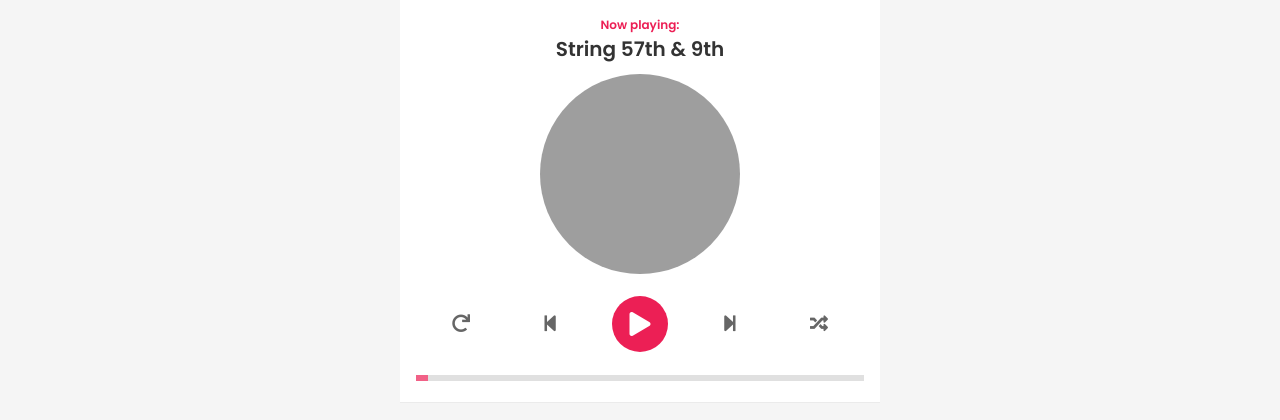
Repository: PhanPhuongNam2108/SiTrumChill
Page: index.html
The author's editor kept a copy of each file at every save. The page is drawn from the files as they stood at one save, then again after the next save.
The browser window is 1280 px wide. The pictures show the whole page.
Pictures or frames that could not be fetched are drawn as grey boxes.

Above is the page before, as saved 2025-11-27 11:56:24.
Console error: SyntaxError: Unexpected string

After the next save:
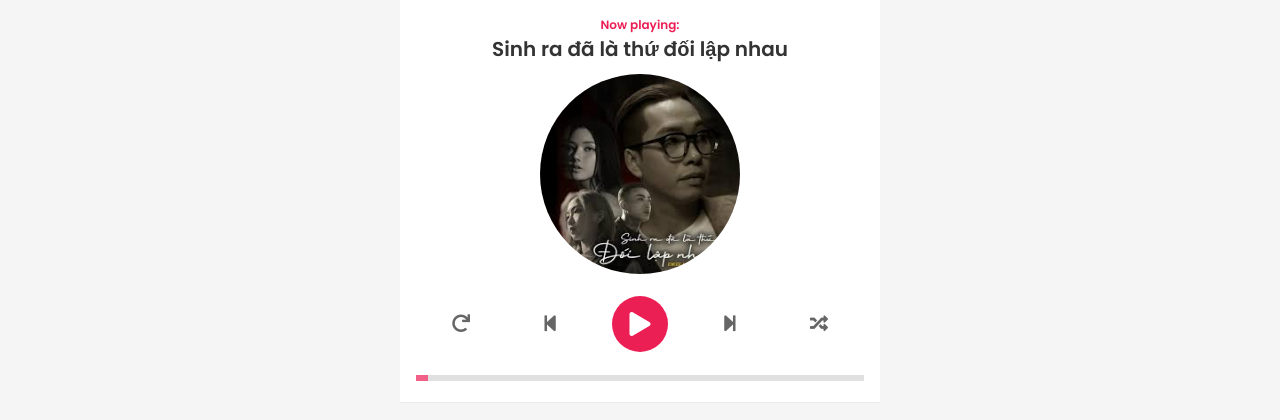
Console error: ReferenceError: playlist is not defined
Saved 4 s later.
--- a/index.html
+++ b/index.html
@@ -163,7 +163,7 @@
           </div>
         `
       })
-      playlist').innerHTML = htmls.join('')
+      playlist.innerHTML = htmls.join('')
     },
 
     defineProperties: function() {

After the 3 saves that followed:
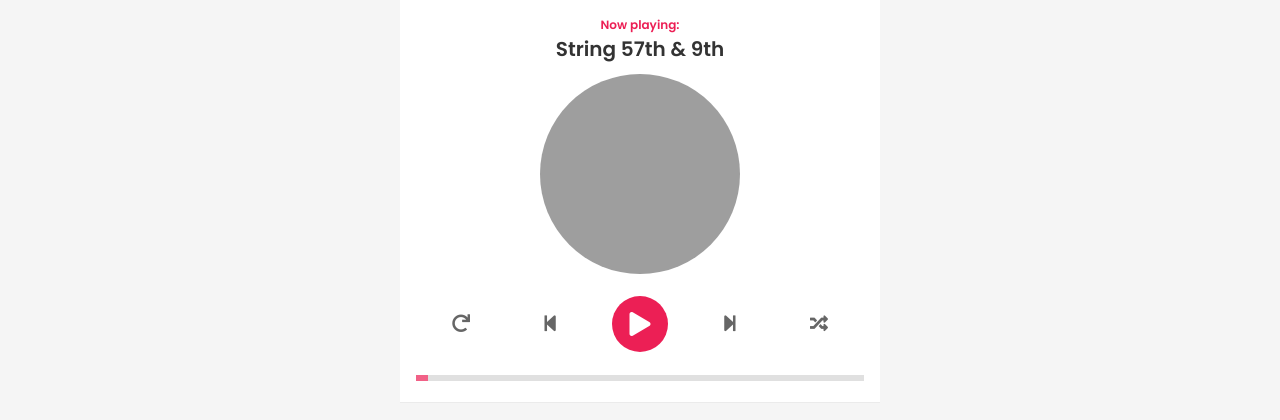
Console error: SyntaxError: Unexpected token 'const'
The 3 saves are shown as one change because 1 left the picture as it was and some came seconds apart.
The last was saved 43 s later.
--- a/index.html
+++ b/index.html
@@ -76,7 +76,8 @@
   const prevBtn = $('.btn-prev')
   const nextBtn = $('.btn-next')
   const repeatBtn = $('.btn-repeat')
-  const randomBtn = $('.btn-random') // thêm khai báo
+  const randomBtn = $('.btn-random')
+  const
 
   const app = {
     currentIndex: 0,
